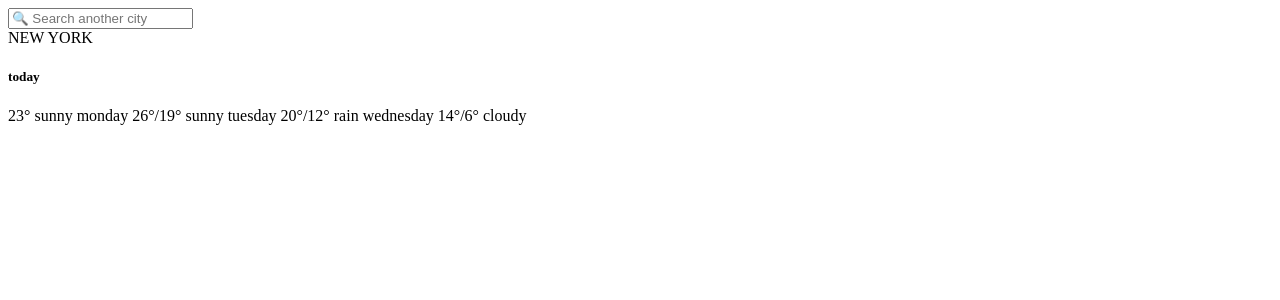
Repository: liav13/WeatherTast
Page: index.html
The author's editor kept a copy of each file at every save. The page is drawn from the files as they stood at one save, then again after the next save.
The browser window is 1280 px wide. The pictures show the whole page.

Above is the page before, as saved 2019-07-13 13:30:45.

After the next save:
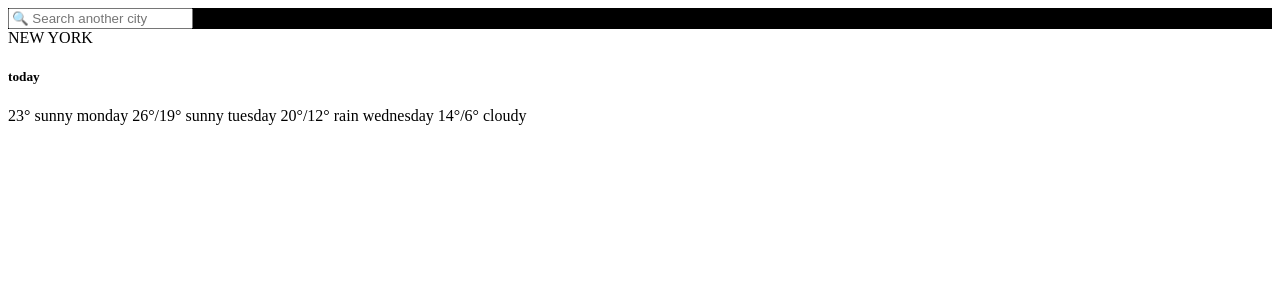
Saved 27 s later.
--- a/index.html
+++ b/index.html
@@ -4,7 +4,7 @@
         <meta name="viewport" content="width=device-width, initial-scale=1.0">
         <meta http-equiv="X-UA-Compatible" content="ie=edge">
         <link href="https://fonts.googleapis.com/css?family=Work+Sans&display=swap" rel="stylesheet">
-
+        <link rel="stylesheet" href="./css/style.css">
         <title>Document</title>
     </head>
     <body>
